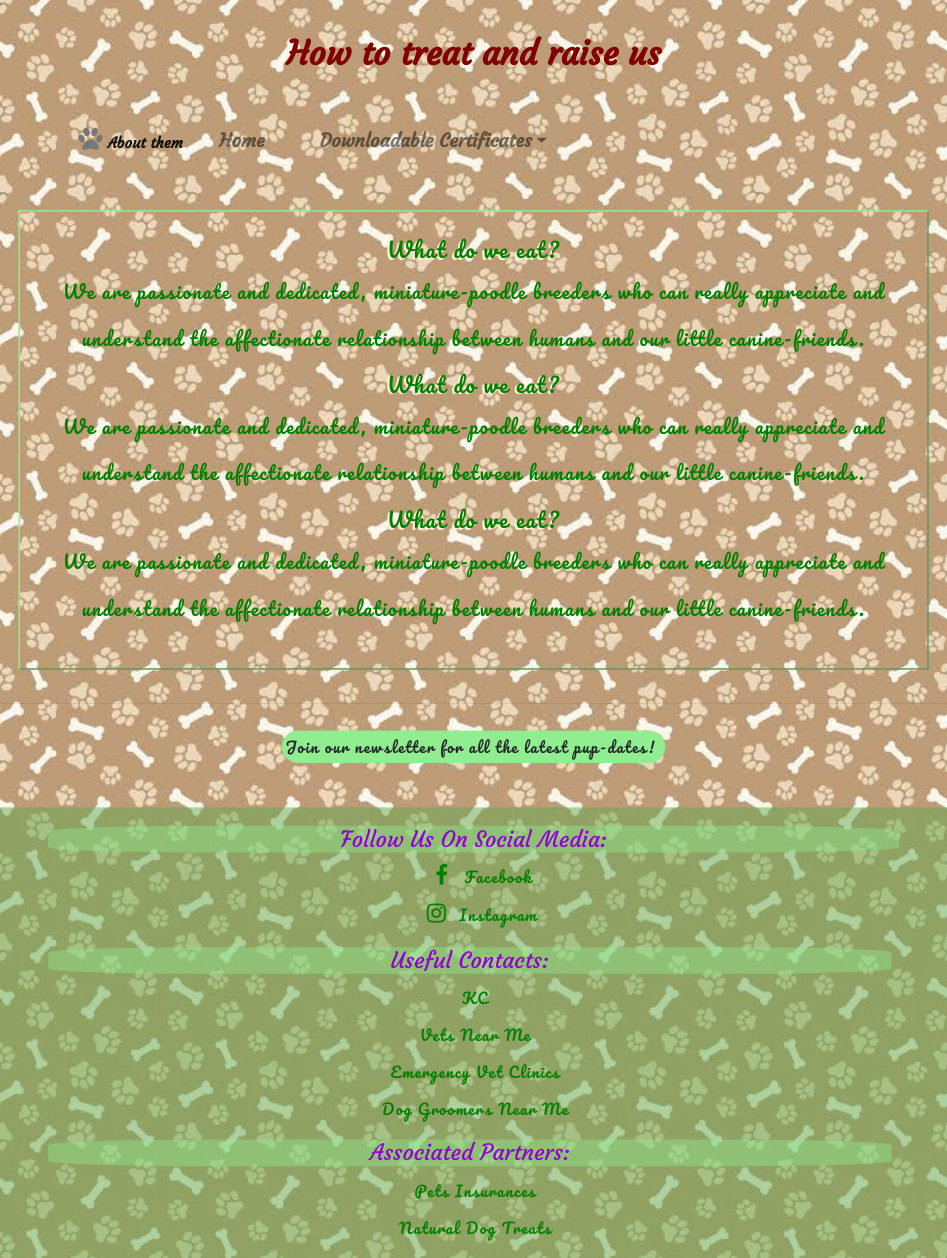
Repository: Code-Institute-Submissions/GeorgiosSklav-Iacinthos-blog
Page: about-them.html
The author's editor kept a record of every edit. The page is drawn from the files as they stood at one moment, then again after the next edit.
The browser window is 1280 px wide. The pictures show the whole page, at 74% of full size.

Above is the page before.

### about-them.html
<!DOCTYPE html>
<html lang="en">

<head>
    <meta charset="UTF-8">
    <meta name="viewport" content="width=device-width, initial-scale=1.0">
    <meta http-equiv="X-UA-Compatible" content="ie=edge">
    <link rel="stylesheet" href="https://stackpath.bootstrapcdn.com/bootstrap/4.3.1/css/bootstrap.min.css " integrity="sha384-ggOyR0iXCbMQv3Xipma34MD+dH/1fQ784/j6cY/iJTQUOhcWr7x9JvoRxT2MZw1T " crossorigin="anonymous ">
    <title>Iacinthos mini Poodles</title>
    <link rel="stylesheet" href="https://stackpath.bootstrapcdn.com/font-awesome/4.7.0/css/font-awesome.min.css" integrity="sha384-wvfXpqpZZVQGK6TAh5PVlGOfQNHSoD2xbE+QkPxCAFlNEevoEH3Sl0sibVcOQVnN" crossorigin="anonymous">
    <link rel="stylesheet" href="style.css" type="text/css" />
</head>

<body>
    <header class="container">
        <div class="row align-items-start heading homepage">
            <a href="about-them.html" class="col-12 logo">
                <h1>How to treat and raise us</h1>
            </a>
        </div>
        <nav class="navbar navbar-light navbar-expand-sm">
            <a href="about-them.html" class="navbar-brand"><i class="fa fa-paw"></i>About them</a>
            <button class="navbar-toggler ml-auto" type="button" data-toggle="collapse" data-target="#navbarNavDropdown" aria-controls="Toggle navigation">
            <span class="navbar-toggler-icon"></span></button>
            <div class="collapse navbar-collapse" id="navbarNavDropdown">
                <ul class="navbar-nav mt-auto mt-2 mt-lg-0">
                    <li class="nav-item mr-2"><a class="nav-link" href="index.html">Home</a></li>
                    <li class="nav-item dropdown">
                        <div class="nav-link dropdown-toggle" id="navbarDropdownMenuLink" role="button" data-toggle="dropdown" aria-haspopup="true" aria-expanded="false">
                            Downloadable Certificates</div>
                        <div class="dropdown-menu" aria-labelledby="navbarDropdownMenuLink">
                            <a class="dropdown-item" href="certificate.html">Kennel Club</a>
                            <a class="dropdown-item" href="lineage.html">Blood-Lineage</a>
                        </div>
                    </li>
                </ul>
            </div>
        </nav>
    </header>

    <main>
        <div class="jumbotron-fluid about" id="frame">
            <div class="row">
                <div class="col-12">
                    <h3 class="about-title">What do we eat?</h3>
                    <p>We are passionate and dedicated, miniature-poodle breeders who can really appreciate and understand the affectionate relationship between humans and our little canine-friends.</p>
                </div>
            </div>
            <div class="row">
                <div class="col-12">
                    <h3 class="about-title">What do we eat?</h3>
                    <p>We are passionate and dedicated, miniature-poodle breeders who can really appreciate and understand the affectionate relationship between humans and our little canine-friends.</p>
                </div>
            </div>
            <div class="row">
                <div class="col-12">
                    <h3 class="about-title">What do we eat?</h3>
                    <p>We are passionate and dedicated, miniature-poodle breeders who can really appreciate and understand the affectionate relationship between humans and our little canine-friends.</p>
                </div>
            </div>
        </div>

    </main>
    <hr>

    <!------------------------------------------------ Modal -->

    <button type="button" class="btn btn-color" data-toggle="modal" data-target="#exampleModal">
  Join our newsletter for all the latest pup-dates!
</button>

    <div class="modal fade" id="exampleModal" tabindex="-1" role="dialog" aria-labelledby="exampleModalLabel" aria-hidden="true">
        <div class="modal-dialog" role="document">
            <div class="modal-content">
                <div class="modal-header">
                    <h5 class="modal-title" id="exampleModalLabel">Join our family with a flick of your paw!</h5>
                    <button type="button" class="close" data-dismiss="modal" aria-label="Close">
                     <span aria-hidden="true">&times;</span>
        </button>
                </div>
                <div class="modal-body">
                    <form class="modal-newsletter">
                        <div class="form-group ">
                            <input type="email" class="form-control" id="InputEmail2" aria-describedby="emailHelp" placeholder="Your Woof-mail....">
                        </div>
                        <div class="form-group">
                            <input type="password" class="form-control" id="InputPassword2" placeholder="....and a Woof-password">
                        </div>
                        <div class="form-group form-check">
                            <input type="checkbox" class="form-check-input" id="exampleCheck1">
                            <label class="form-check-label" for="Check1">Remember me</label>
                        </div>
                    </form>
                </div>
                <div class="modal-footer">
                    <button type="button" class="btn btn-danger" data-dismiss="modal">Close</button>
                    <button type="button" class="btn btn-info">Subscribe</button>
                </div>
            </div>
        </div>
    </div>


    <footer class="container-fluid footer">
        <div class="row align-items-end">
            <div class="col-12">
                <h4 class="social-title capitalise">Follow us on social media:</h4>
                <ul class="social-links">
                    <li>
                        <a target="_blank" href="http://facebook.com/George.Sklavounos">
                            <i class="fa fa-facebook"></i>
                            <span>Facebook</span>
                        </a>
                    </li>
                    <li>
                        <a target="_blank" href="https://www.instagram.com/accounts/login/?next=%2Fgeorge.sklav%2F&source=follow">
                            <i class="fa fa-instagram"></i>
                            <span>Instagram</span>
                        </a>
                    </li>
                </ul>
            </div>
            <div class="col-12 social-links">
                <h4 class="social-title capitalise">Useful contacts:</h4>
                <ul class="social-links ">
                    <li>
                        <a target="_blank" href="https://www.thekennelclub.org.uk/">
                            <span class="capitalise">KC</span>
                        </a>
                    </li>
                    <li>
                        <a target="_blank" href="https://www.google.com/search?q=vet+near+me&oq=vet+near&aqs=chrome.0.0j69i57j0l4.4119j0j7&sourceid=chrome&ie=UTF-8">
                            <span class="capitalise">Vets near me</span>
                        </a>
                    </li>
                    <li>
                        <a target="_blank" href="https://www.google.com/search?q=emergency+vet+clinic+near+me&oq=emergency+vet&aqs=chrome.4.69i57j0l5.15430j0j7&sourceid=chrome&ie=UTF-8">
                            <span class="capitalise">Emergency vet clinics</span>
                        </a>
                    </li>
                    <li>
                        <a target="_blank" href="https://www.google.com/search?q=dog+groomer+near+me&oq=dog+groomer&aqs=chrome.1.69i57j0l5.4790j0j7&sourceid=chrome&ie=UTF-8">
                            <span class="capitalise">Dog groomers near me</span>
                        </a>
                    </li>
                </ul>
            </div>
            <div class="col-12 social-links">
                <h4 class="social-title capitalise">Associated partners:</h4>
                <ul class="social-links">
                    <li>
                        <a target="_blank" href="https://www.google.com/search?q=pet+insurance+near+me&oq=pet+ins&aqs=chrome.2.0j69i57j0l4.6094j0j7&sourceid=chrome&ie=UTF-8">
                            <span class="capitalise">pets insurances</span>
                        </a>
                    </li>
                    <li>
                        <a target="_blank" href="https://www.doglistener.co.uk/catalog/natural-dog-treats-0">
                            <span class="capitalise">natural dog treats</span>
                        </a>
                    </li>
                </ul>
            </div>

        </div>
    </footer>

    <script src="https://code.jquery.com/jquery-3.3.1.slim.min.js" integrity="sha384-q8i/X+965DzO0rT7abK41JStQIAqVgRVzpbzo5smXKp4YfRvH+8abtTE1Pi6jizo" crossorigin="anonymous"></script>
    <script src="https://cdnjs.cloudflare.com/ajax/libs/popper.js/1.14.7/umd/popper.min.js" integrity="sha384-UO2eT0CpHqdSJQ6hJty5KVphtPhzWj9WO1clHTMGa3JDZwrnQq4sF86dIHNDz0W1" crossorigin="anonymous"></script>
    <script src="https://stackpath.bootstrapcdn.com/bootstrap/4.3.1/js/bootstrap.min.js" integrity="sha384-JjSmVgyd0p3pXB1rRibZUAYoIIy6OrQ6VrjIEaFf/nJGzIxFDsf4x0xIM+B07jRM" crossorigin="anonymous"></script>
</body>

</html>

### style.css
@import url('https://fonts.googleapis.com/css?family=Courgette:100,200,300,400,500,600,700|Pacifico:100,200,300,400,500,600,700');

/*------------------------------------------------body background*/

body {
    background-image: url("./Media/paws.jpg");
    background-size: 40%;
    line-height: 2.5;
    text-align: center;
}

h1 {
    font-family: "Courgette", sans-serif;
    font-weight: 700;
    font-size: 45px;
    color: #800000;
    margin: 20px;
}
.heading{
    margin: 25px;
}
.capitalise {
    text-transform: capitalize;
}

/*------------------------------------------------Navbar*/

.navbar-light {
    font-family: 'Courgette', sans-serif;
    font-weight: 600;
    font-size: 25px;
}

.nav-link {
    margin-right: 25px;
    margin-left: 25px;
}

.nav-link:hover {
    background-color: #90ee90;
    border-radius: 30%;
}

.dropdown-menu {
    background-color: #90ee90;
    font-weight: 600;
    font-size: 20px;
    border-radius: 10%;
}

.dropdown-menu ul li:hover {
    background-color: #777;
}

.ml-auto {
    background-color: #90ee90;
}

.navbar i {
    font-size: 35px;
    padding-top: 0;
    padding-bottom: 5px;
    padding-right: 2px;
    margin: 5px;
    color: #777;
}

.navbar-brand:hover {
    background-color: #90ee90;
    border-radius: 30px;
}


@media (max-width: 300px) {
    .ml-auto:hover {
        background-color: #777;
    }
    .dropdown-item:hover {
        background-color: #777;

    }
    #navbarNavDropdown {
        background-color: #777;
    }

    #navbarNavDropdown ul li:hover {
        background-color: #90ee90;
    }
    .social-links,
    .social-title {
        font-size: 30px;
    }

}

@media (max-width: 3800px) {
    .dropdown-menu {
        background-color: #90ee90;
        color: #777;
    }
    .dropdown-item:hover {
        background-color: #777;
        color: #90ee90;
    }
    .navbar-expand-sm {
        flex-flow: row wrap;
        justify-content: flex-start;
    }
}


/*------------------------------------------------Homepage*/

.homepage a {
    text-decoration: none;
    height: 100%;
}

.introduction {
    height: 90%;
    width: 90%;
}


.img-50 {
    margin-left: 25px;
    width: 100%;
    float: none;
    border-style: groove;
    border-radius: 50%;
}



/*--------------------------------------------texts,p*/

.container-title {
    text-align: center;
    margin: 35px;
    font-family: "Courgette", sans-serif;
    color: #9400d3;
}

.container-title i {
    font-size: 30px;
    padding: 5px;
    margin: 5px;
}

.dog-name {
    font-family: "Courgette", sans-serif;
    font-weight: 700;
    font-size: 32px;
    margin-left: 25px;
    text-shadow: -3px 2px 0.5px #ffefd5;

}

/*----------------------------------------about us section*/

.about {
    margin: 25px;
    font-family: "Pacifico", sans-serif;
    font-size: 30px;
    font-weight: 500;
    letter-spacing: 2px;
    color: #008000;
}

.about-title {
    text-shadow: -3px 2px 0.5px #ffefd5;
}

#frame {
    border: 2px outset  #90ee90;
    font-size: 25px;
    letter-spacing: 2px;
    margin-top: 45px;
    margin-bottom: 45px;
    padding: 35px;

}

/*===============================border-line*/

.end {
    height: 5px;
    width: 80vw;
    border: 0;
    background-color: #fff;
}

/*----------------------------------------newsletter button*/

.btn-color {
    background-color: #90ee90;
    font-family: "Pacifico", sans-serif;
    font-size: 20px;
    letter-spacing: 2px;
    margin: 20px 25px;
    padding-left: 4px;
    border-radius: 50px;
}

.btn-color:hover {
    color: #90ee90;
    background-color: #777;
}

/*----------------------------------------Modal styling*/

.modal-title {
    font-family: "Pacifico", sans-serif;
    font-size: 25px;
    margin: 10px 5px;
}

.modal-content {
    background-color: #90ee90;
    text-shadow: -3px 2px 0.5px #ffefd5;
    color: #777;
}

.modal-footer .btn-danger,
.btn-info {
    margin-right: 20px;
}

.modal-body {
    padding: 0 15px 0 15px;
    top: 5px;
    bottom: 0;
    margin-top: 10px;
}


/*----------------------------------------footer*/

.footer {
    background-color: rgba(100, 170, 80, .5);
    padding-top: 25px;
    margin: 40px 5px 0px 0px;
    text-align: center;
}

.social-links {
    list-style: none;
    padding-right: 25px;
}

.social-links li a {
    text-decoration: none;
    font-family: "Pacifico", sans-serif;
    font-size: 20px;
    font-weight: 400;
    letter-spacing: 2px;
    color: #008000;
}

.social-links li a:hover {
    background-color: #777;
    color: #90ee90;
    border-radius: 30%;
}

.social-links li i {
    font-size: 30px;
    height: 45px;
    width: 45px;
}

.social-title {
    word-break: keep-all;
    margin-left: 50px;
    margin-right: 50px;
    font-size: 30px;
    font-family: "Courgette", sans-serif;
    color: #9400d3;
    border-radius: 20%;
    background-color: rgba(144, 238, 144, 0.4);
}

After the next edit:
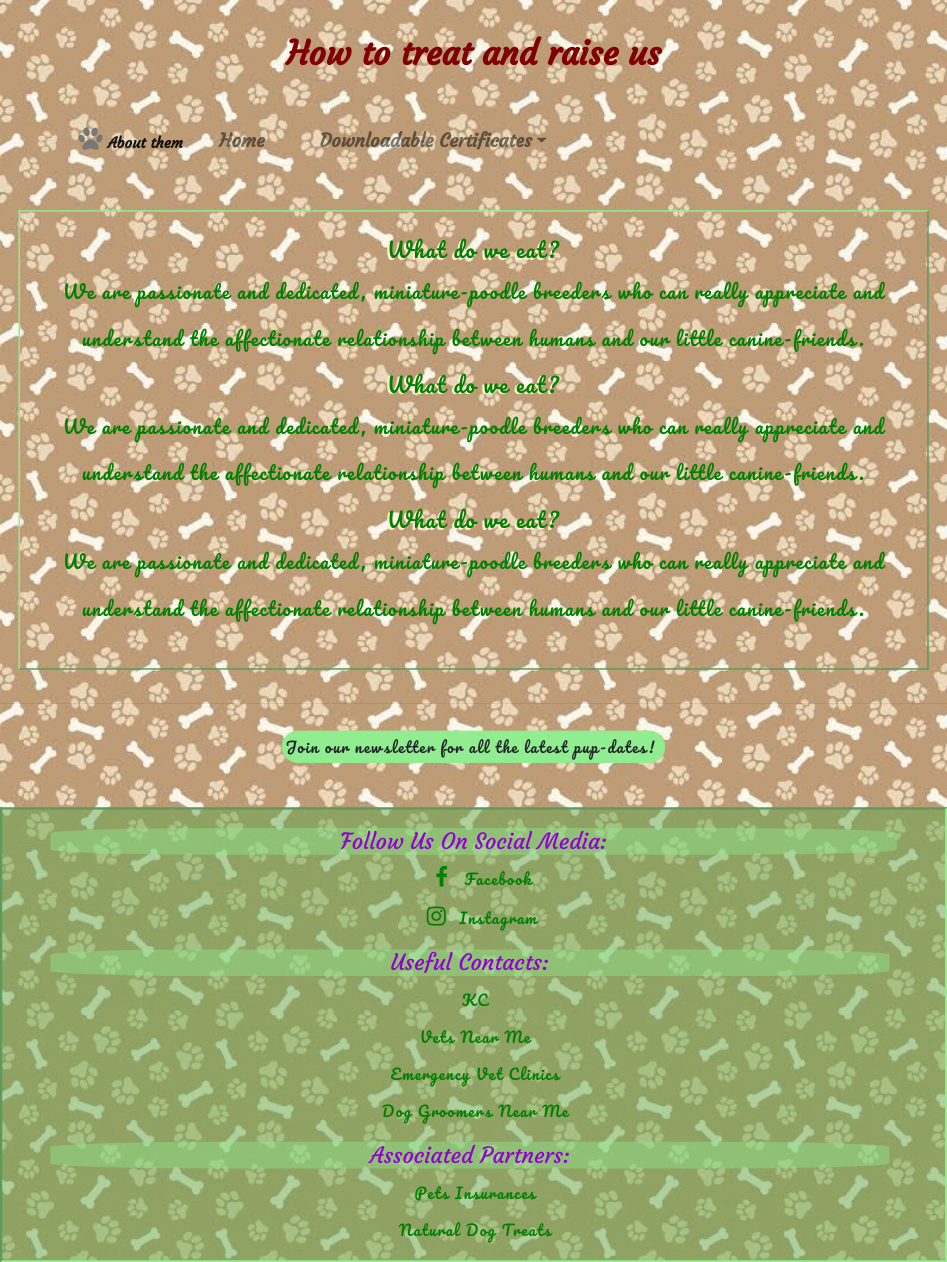
The edit:
--- a/style.css
+++ b/style.css
@@ -237,6 +237,7 @@
 /*----------------------------------------footer*/
 
 .footer {
+    border: 3px inset  #90ee90;
     background-color: rgba(100, 170, 80, .5);
     padding-top: 25px;
     margin: 40px 5px 0px 0px;
